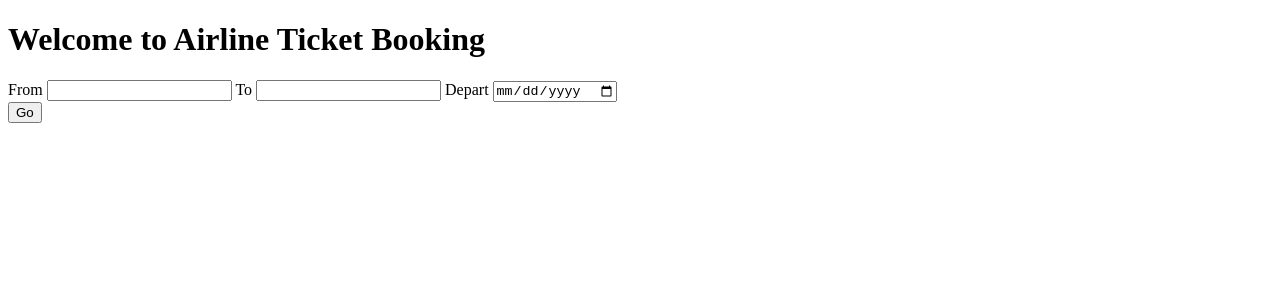
Repository: Shivani2392/FlyAwayProject
Page: http://localhost/FlightBookingPortal/OldHomePage.jsp
The author's editor kept a copy of each file at every save. The page is drawn from the files as they stood at one save, then again after the next save.
The browser window is 1280 px wide. The pictures show the whole page.
The page is served by Tomcat 9.

Above is the page before, as saved 2020-11-23 14:17:52.

After the next save:
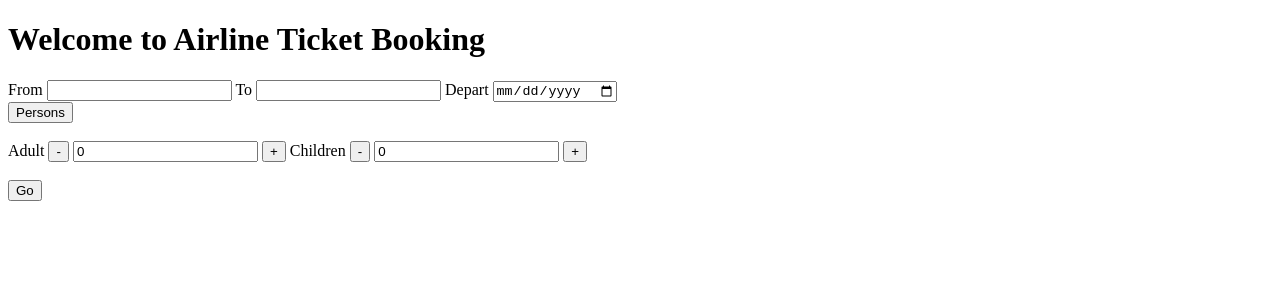
Not found: FlightBookingPortal/FlightBookingPortal/Script.js
Saved 12 s later.
--- a/FlightBookingPortal/src/main/webapp/OldHomePage.jsp
+++ b/FlightBookingPortal/src/main/webapp/OldHomePage.jsp
@@ -25,6 +25,25 @@
 
 <label for="Numberofpeopletobetravelled"></label>
 
+ <div class="dropdown">
+
+    <button class="dropbtn">Persons
+      <i class="fa fa-caret-down"></i>
+    </button><br><br>
+    <div class="dropdown-content">
+       <label for="Adultnumber">Adult</label>
+       <button id="substract">-</button>
+       <input type="number" value="0" name="Adult">
+       <button id="add">+</button>
+
+       <label for="Adultnumber">Children</label>
+       <button id="substract">-</button>
+       <input type="number" value="0" name="Child">
+       <button id="add">+</button><br><br>
+    </div>
+    <script src="Script.js"></script>
+  </div>
+
 <div id="submit">
     <input type="submit" name="Gotoserver" value="Go">
 </div>

After the save that followed:
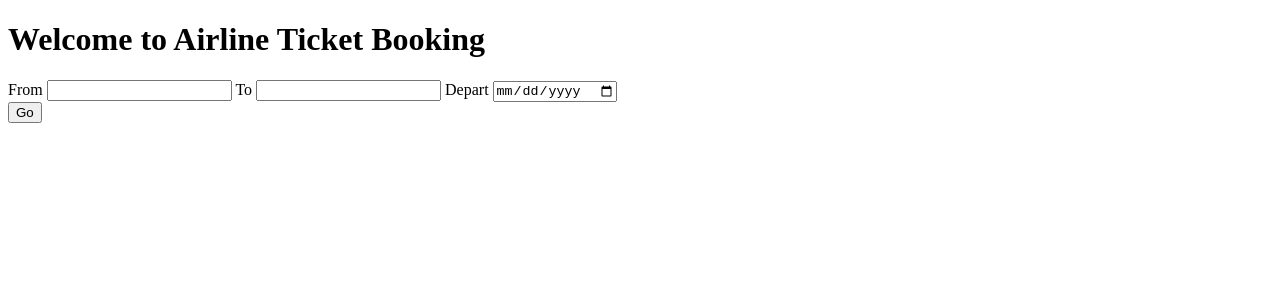
Saved 45 s later.
--- a/FlightBookingPortal/src/main/webapp/OldHomePage.jsp
+++ b/FlightBookingPortal/src/main/webapp/OldHomePage.jsp
@@ -25,25 +25,6 @@
 
 <label for="Numberofpeopletobetravelled"></label>
 
- <div class="dropdown">
-
-    <button class="dropbtn">Persons
-      <i class="fa fa-caret-down"></i>
-    </button><br><br>
-    <div class="dropdown-content">
-       <label for="Adultnumber">Adult</label>
-       <button id="substract">-</button>
-       <input type="number" value="0" name="Adult">
-       <button id="add">+</button>
-
-       <label for="Adultnumber">Children</label>
-       <button id="substract">-</button>
-       <input type="number" value="0" name="Child">
-       <button id="add">+</button><br><br>
-    </div>
-    <script src="Script.js"></script>
-  </div>
-
 <div id="submit">
     <input type="submit" name="Gotoserver" value="Go">
 </div>
